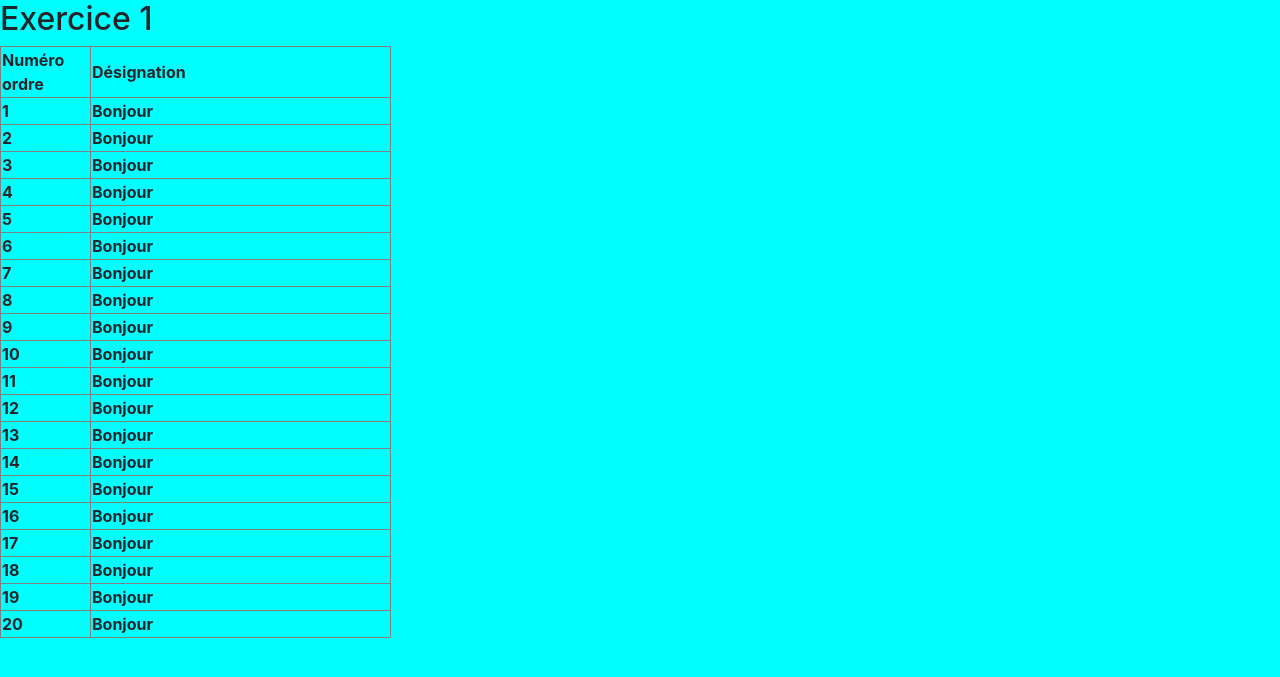
Repository: teddyruppin/GitFormateur
Page: http://localhost/JSP01/web/exercice1.jsp
These files come from the project's save history. The page is drawn as it stood at one moment and after the next save; the edit follows.
The browser window is 1280 px wide. The pictures show the whole page.
The page is served by Tomcat 9. Other server files are loaded and not shown.

Above is the page before, as saved 2020-01-03 15:10:46.

### src/projpoo1/JSP01/WebContent/web/exercice1.jsp
<%@ page language="java" contentType="text/html; charset=ISO-8859-1"
	pageEncoding="ISO-8859-1"%>
<%@ taglib uri="http://java.sun.com/jsp/jstl/core" prefix="c"%>
<!DOCTYPE html>
<html>
<head>
<meta charset="ISO-8859-1">
<link href='<c:url value="css/bootstrap.min.css" />' rel="stylesheet" />
<link href='<c:url value="css/style.css" />' rel="stylesheet" />

<title>Exercice 1</title>
</head>
<body>


	<div>

		<h2>Exercice 1</h2>

		<table border>

			<colgroup>

				<col width=90>

				<col width=300>

			</colgroup>

			<tr>
				<th>Numéro ordre</th>
				<th>Désignation</th>
			</tr>

			<c:forEach begin="1" end="20" var="i">
				<tr>
					<th><c:out value="${i}" /></th>
					<th><c:out value='${"Bonjour"}' /></th>
				</tr>
			</c:forEach>



		</table>
	</div>


</body>
</html>

### src/projpoo1/JSP01/WebContent/css/style.css
@charset "ISO-8859-1";

body {
	background-color: aqua;
}

.footer {
	position: fixed;
	bottom: 0px;
	height: 50px;
	width: 100%;
}

.footerlogin {
	position: fixed;
	bottom: 0px;
	right: 0px;
}

Loaded but not shown: src/projpoo1/JSP01/WebContent/css/bootstrap.min.css (library)

After the next save:
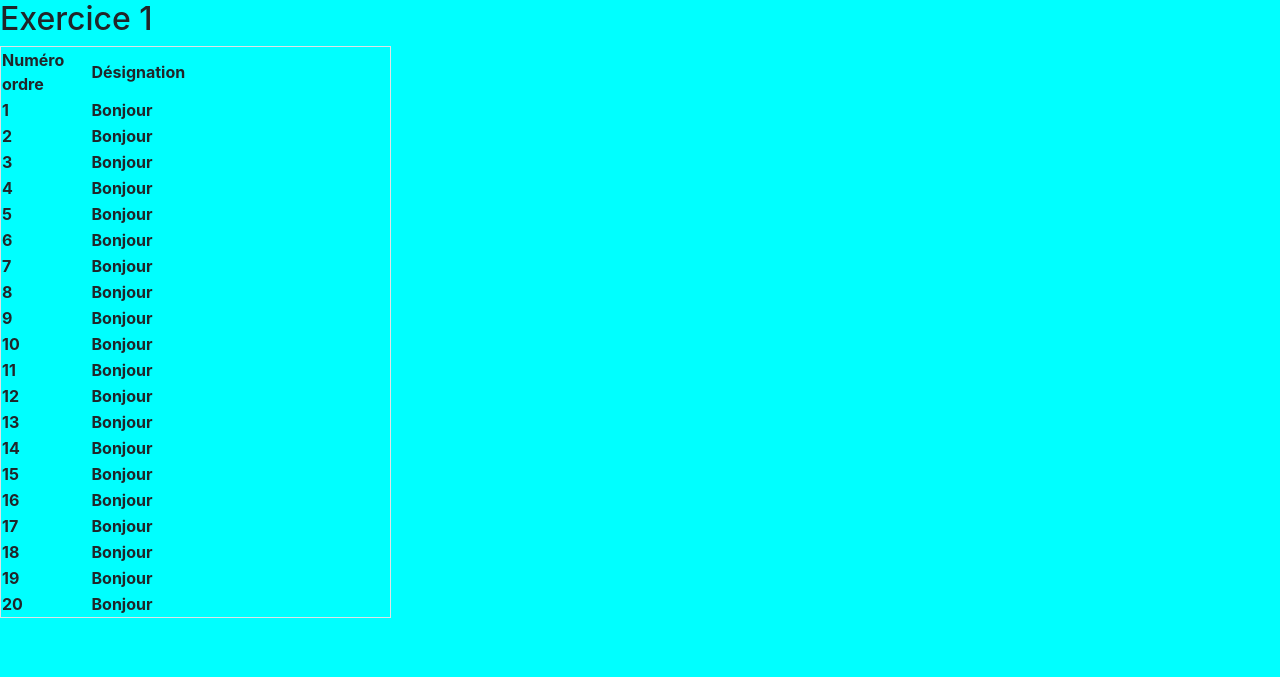
Saved 88 s later.
--- a/src/projpoo1/JSP01/WebContent/web/exercice1.jsp
+++ b/src/projpoo1/JSP01/WebContent/web/exercice1.jsp
@@ -17,7 +17,7 @@
 
 		<h2>Exercice 1</h2>
 
-		<table border>
+		<table class="border">
 
 			<colgroup>
 

After the save that followed:
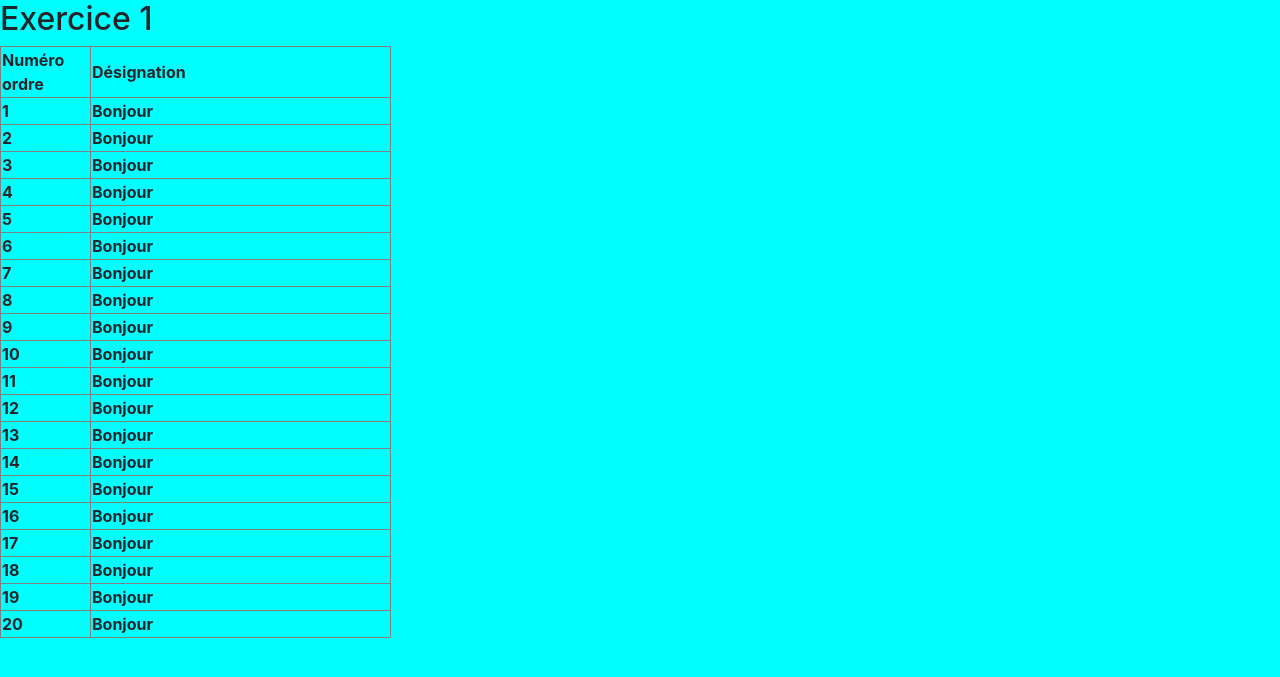
Saved 18 s later.
--- a/src/projpoo1/JSP01/WebContent/web/exercice1.jsp
+++ b/src/projpoo1/JSP01/WebContent/web/exercice1.jsp
@@ -17,7 +17,7 @@
 
 		<h2>Exercice 1</h2>
 
-		<table class="border">
+		<table border>
 
 			<colgroup>
 
